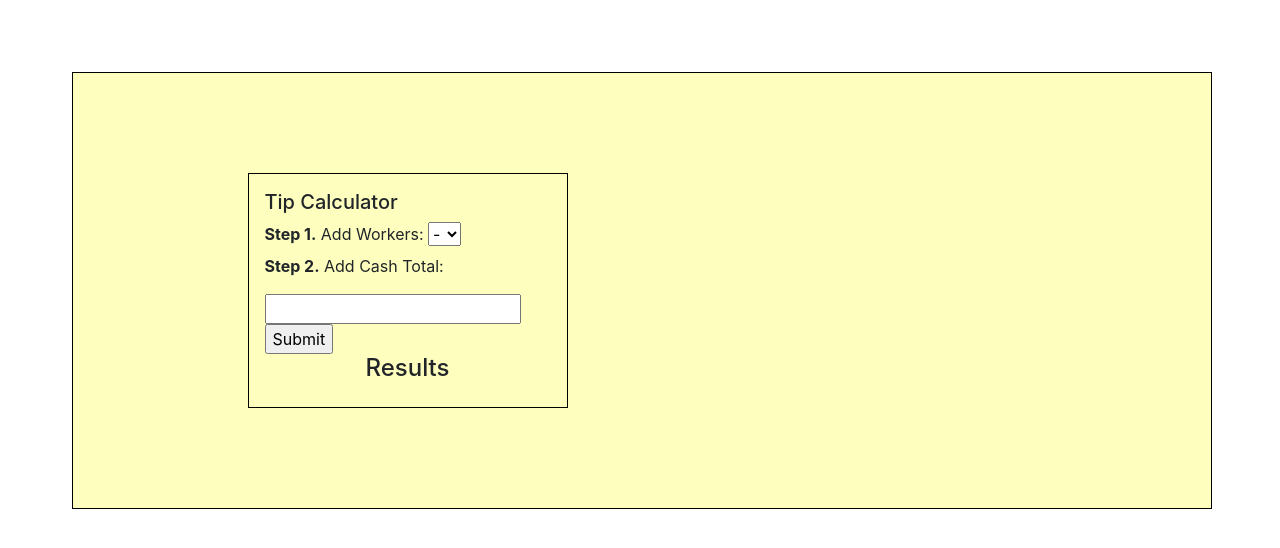
Repository: PBillingsby/on-the-fly
Page: on-the-fly-frontend/index.html
An editor plug-in stored every save of this project. The page is shown before and after the next save, followed by the edit.
The browser window is 1280 px wide. The pictures show the whole page.

Above is the page before, as saved 2020-07-13 16:23:30.

### on-the-fly-frontend/index.html
<!DOCTYPE html>
<html lang="en">
<head>
  <meta charset="UTF-8">
  <meta name="viewport" content="width=device-width, initial-scale=1.0">
  <meta http-equiv="X-UA-Compatible" content="ie=edge">
  <link rel="stylesheet" href="https://stackpath.bootstrapcdn.com/bootstrap/4.3.1/css/bootstrap.min.css" integrity="sha384-ggOyR0iXCbMQv3Xipma34MD+dH/1fQ784/j6cY/iJTQUOhcWr7x9JvoRxT2MZw1T" crossorigin="anonymous">
  <link rel="stylesheet" href="css/style.css">
  <script src="scripts/tipScript.js"></script>
  <title>Document</title>
</head>
<body>
  <div class="container">

      <div class="tip-calculator mx-auto">
          <div id="worker-form" class="mx-auto">
            <h5>Tip Calculator</h5>
            <label><strong>Step 1.</strong> Add Workers:</label>
            <select name="worker" id="addworker" onchange="addWorker(value)">
              <option value="-" disable>-</option>
              <option value="1">1</option>
              <option value="2">2</option>
              <option value="3">3</option>
              <option value="4">4</option>
              <option value="5">5</option>

            </select>

            <form id="form-block">
            </form>
            <p><strong>Step 2.</strong> Add Cash Total:</p><input type="number" placeholder="" id="cashTips"></span>
            <input type="submit" placeholder="Add Cash" onclick="calculateTips()">

          </div>
          <div id="results" class="mx-auto">
            <h4 class="text-center">Results</h4>
          </div>
        </div>
  </div>

</body>
</html>

### on-the-fly-frontend/css/style.css
.container {
  background-color: rgb(254, 255, 190);
  margin: 10vh;
  display: grid;
  grid-template-columns: 1fr 1fr;
  border: 1px solid black;
  padding: 100px;
}

.tip-calculator {
  padding: 1rem;
  width: 25vw;
  border: 1px solid black;
}
@media(max-width: 640px) {
  .container {
    width: 75%;
    display: block;
    text-align: center;
    padding: 25px;
  }
  #worker-form {
    padding: 10px;
  }
}

### on-the-fly-frontend/scripts/tipScript.js
function addWorker(value) {
  const form = document.getElementById('form-block');
  form.addEventListener("submit", () => {
    event.preventDefault();
  })
  for (i = 0; i < value; i++) {
    const newForm = `
  <div id="worker[${i + 1}]" class="worker-div">
    <h4>Worker ${i + 1}</h4>
    <div class="form-group">
      <input type="text" name="worker" class="" placeholder="Worker Name">
    </div>
    <div class="form-group">
      <input type="number" name="hours" placeholder="Hours Worked">
    </div>
  </div>`;
    document.getElementById('form-block').innerHTML += newForm;
  }
  if (document.getElementById('form-block').childNodeCount > 0) {
      event.preventDefault();
      }
}

function calculateTips() {
  let workers = [];
  let cashTip = parseInt(document.getElementById('cashTips').value)
  for (let i = 0; i < document.getElementsByClassName('worker-div').length; i++) {
    let workerInfo = {
      name: document.getElementById(`worker[${i + 1}]`).querySelector('input').value,
      hours: parseInt(document.getElementById(`worker[${i + 1}]`).querySelectorAll('input')[1].value) // Multiply by hourly
    }
    workers.push(workerInfo)
  }
  returnTips(workers, cashTip);
}

function returnTips(arr, cashTips) {
  let count = 0;
  arr.forEach(obj => count += obj.hours)
  const hourly = cashTips / count;
  arr.forEach(worker => {
    document.getElementById('results').innerHTML = `<h4>${worker.name} you made $${parseFloat(worker.hours * hourly).toFixed(2)}</h4>`;
  })
  document.getElementById('results').innerHTML += ` <button type="submit" onclick="refreshPage()">Reload</button>`
}

function refreshPage() {
  window.location.href = window.location.href
}

After the next save:
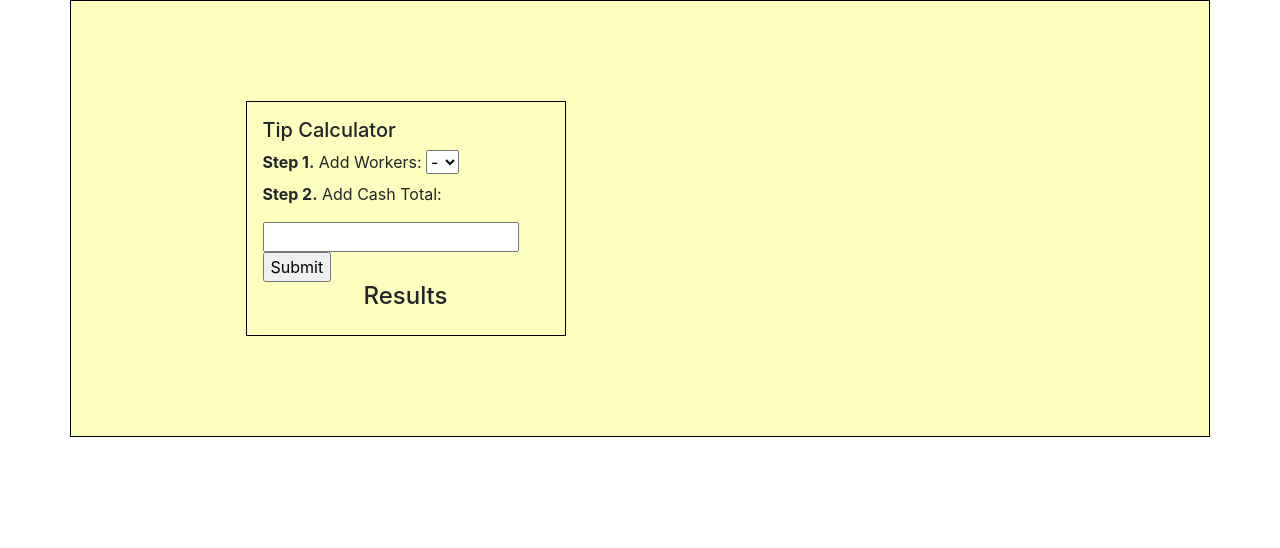
Saved 26 s later.
--- a/on-the-fly-frontend/css/style.css
+++ b/on-the-fly-frontend/css/style.css
@@ -1,6 +1,6 @@
 .container {
   background-color: rgb(254, 255, 190);
-  margin: 10vh;
+  /* margin: 10vh; */
   display: grid;
   grid-template-columns: 1fr 1fr;
   border: 1px solid black;
